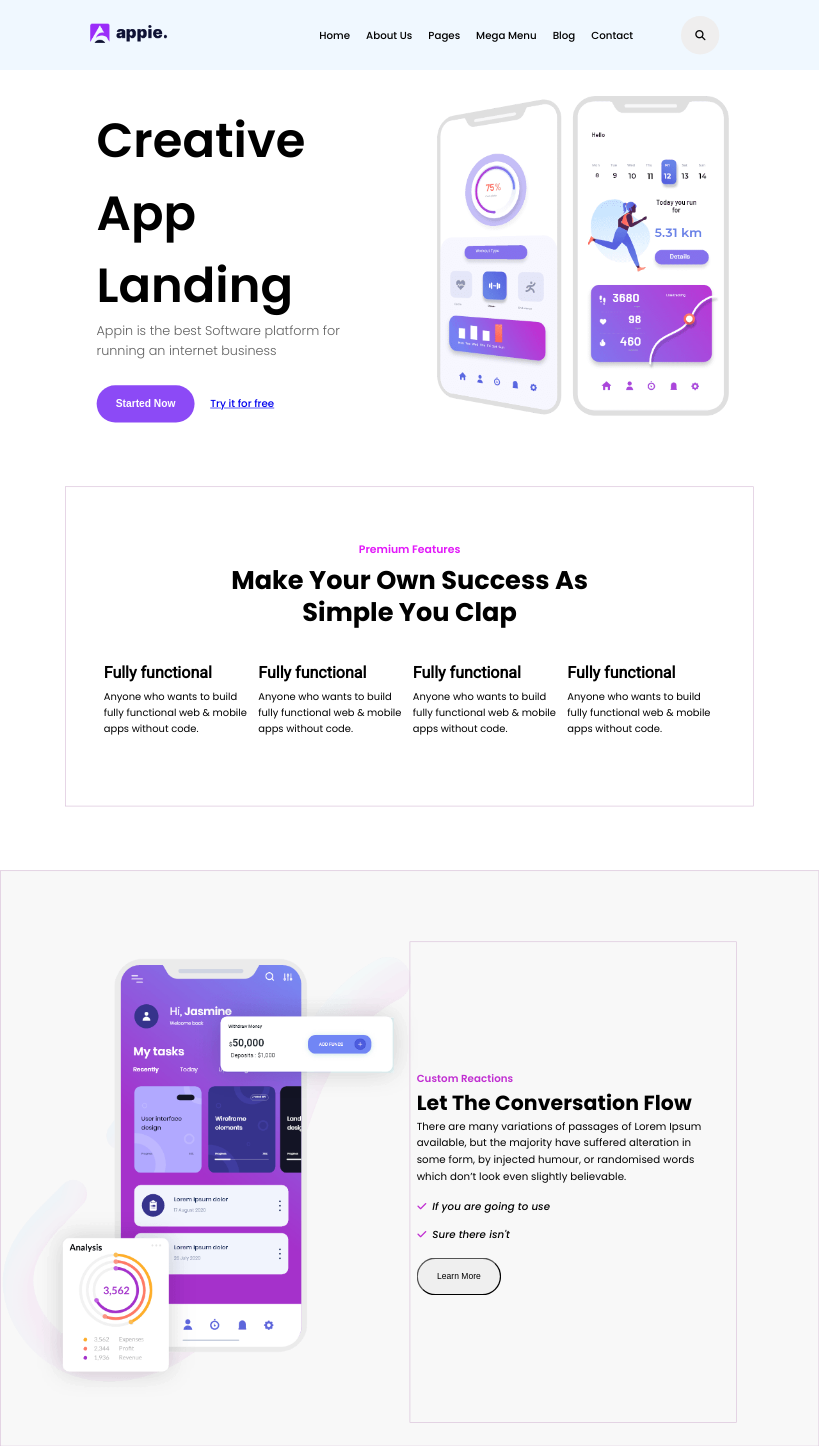
Repository: northpx/landingpage
Page: index.html
The author's editor kept a copy of each file at every save. The page is drawn from the files as they stood at one save, then again after a run of saves.
The browser window is 1280 px wide. The pictures show the whole page, at 64% of full size.

Above is the page before, as saved 2022-12-28 16:08:42.

### index.html
<!DOCTYPE html>
<html lang="en">

<head>
    <meta charset="UTF-8">
    <meta http-equiv="X-UA-Compatible" content="IE=edge">
    <meta name="viewport" content="width=device-width, initial-scale=1.0">
    <link rel="stylesheet" href="/src/css/style.css">
    <link rel="stylesheet" href="https://cdnjs.cloudflare.com/ajax/libs/font-awesome/6.2.1/css/all.min.css"
        integrity="sha512-MV7K8+y+gLIBoVD59lQIYicR65iaqukzvf/nwasF0nqhPay5w/9lJmVM2hMDcnK1OnMGCdVK+iQrJ7lzPJQd1w=="
        crossorigin="anonymous" referrerpolicy="no-referrer" />
    <title>Document</title>

</head>

<body>
    <div class="container">
        <div class="navbar">
            <div class="logo">
                <div class="logo-img">
                    <img src="image/purple-logo.png" alt="">
                </div>
            </div>
            <div class="menu">
                <div class="menu-list">
                    <ul class="menu-item">
                        <li class="item">Home</li>
                        <li class="item">About Us</li>
                        <li class="item">Pages</li>
                        <li class="item">Mega Menu</li>
                        <li class="item">Blog</li>
                        <li class="item">Contact</li>
                    </ul>
                </div>
                <i class="fa-solid fa-bars"></i>
                <div class="search">
                    <div class="box-search">
                        <i class="fa-solid fa-magnifying-glass"></i>
                    </div>
                </div>
            </div>

        </div>
        <div class="header">
            <div class="header1">
                <div class="content">
                    <div class="header1_content">
                        <h1>Creative <br>App Landing</h1>
                        <h6>Appin is the best Software platform for running an internet business</h6>
                    </div>
                    <button class="btn_start">
                        Started Now
                    </button>
                    <a href="#">Try it for free</a>
                </div>
            </div>
            <div class="header2">
                <div class="header2_image">
                    <img src="image/home1-app-screen.png" alt="">
                </div>
            </div>
        </div>
        <div class="section2">
            <div class="section2_box">
                <div class="section2_title">
                    <p>Premium Features</p>
                    <h2>Make Your Own Success As <br>Simple You Clap</h2>
                </div>
                <div class="section2_content">
                    <div class="section2_content_body">
                        <div class="content1">
                            <div class="content_title">
                                <h2>Fully functional</h2>
                                <p>Anyone who wants to build fully functional web & mobile apps without code.</p>
                            </div>
                        </div>
                        <div class="content1">
                            <div class="content_title">
                                <h2>Fully functional</h2>
                                <p>Anyone who wants to build fully functional web & mobile apps without code.</p>
                            </div>
                        </div>
                        <div class="content1">
                            <div class="content_title">
                                <h2>Fully functional</h2>
                                <p>Anyone who wants to build fully functional web & mobile apps without code.</p>
                            </div>
                        </div>
                        <div class="content1">
                            <div class="content_title">
                                <h2>Fully functional</h2>
                                <p>Anyone who wants to build fully functional web & mobile apps without code.</p>
                            </div>
                        </div>
                    </div>
                </div>
            </div>
        </div>
        <div class="section3_container">
            <div class="section3">
                <div class="section3_img">
                    <div class="image">
                        <img src="image/Screen-1-1.png" alt="">
                    </div>
                </div>
                <div class="section3_content">
                    <div class="content3">
                        <h2>Custom Reactions</h2>
                        <h2>Let The Conversation Flow</h2>
                        <p>
                            There are many variations of passages of Lorem Ipsum available, but the majority have
                            suffered alteration in some form, by injected humour, or randomised words which don’t look
                            even slightly believable.
                        </p>
                        <ul>
                            <li>
                                <i class="fa-solid fa-check"></i>
                                <span>If you are going to use</span>
                            </li>
                            <li>
                                <i class="fa-solid fa-check"></i>
                                <span>Sure there isn't</span>
                            </li>
                        </ul>
                        <div class="btn-section3">
                            <button>Learn More</button>
                        </div>
                    </div>
                </div>
            </div>
        </div>
    </div>

</html>

### src/css/style.css
@import url('https://fonts.googleapis.com/css2?family=Poppins:ital,wght@0,200;0,300;0,400;0,500;0,600;0,700;0,800;0,900;1,200;1,300;1,400;1,500;1,600;1,700;1,800;1,900&family=Roboto&display=swap');
@import url(https://fonts.googleapis.com/css?family=Open+Sans:300,400,700);
*{
    padding: 0;
    margin: 0;
    box-sizing: border-box;
}
body{
    font-family: 'Poppins';
}
.container{
    width: 100%;
    height: 1000px;
    /* overflow: auto; */
}

.navbar{
    display: flex;
    width: 100%;
    height: 110px;
    align-items: center;
    margin: 0 auto;
    padding: 0 11%;
    position: sticky;
    top: 0;
    z-index: 5;
    background-color: aliceblue;
}


.menu{
    display: flex;
    margin-left: auto;
    align-items: center;
}

.menu .menu-item{
    display: flex;
    list-style-type: none;
}

.item{
    margin-right: 25px;
    font-weight: 500;
}

.search{
    margin-left: 50px;
    margin-right: 5px;
    align-items: center;
}
.box-search{
    width: 60px;
    height: 60px;
    background: #efeeee;
    color: rgb(4, 4, 4);
    display: inline-flex;
    align-items: center;
    justify-content: center;
    border-radius: 50%;
    margin-right: 10px;
}

.fa-solid.fa-bars{
    display: none;
}

.header{
    width: 78%;
    height: 550px;
    margin: 0 auto;
}

.header1{
    float: left;
    width: 50%;
    height: 550px;
    position: relative;
}
.header2{
    float: left;
    width: 50%;
    height: 550px;
    position: relative;
}
.header::after{
    content: "";
    display: table;
    clear: both;
}

.content{
    position: absolute;
    width: 90%;
    bottom: 0;
    left: 0;
    padding-left: 10px;
}
.header2_image{
    position: absolute;
    right: 0;
    bottom: 0;
}

.btn_start{
    border-radius: 30px;
    padding: 20px 30px;
    font-size: 16px;
    font-weight: 600;
    color: white;
    margin-right: 20px;
    border: none;
    outline: none;
    background-color: rgb(140, 74, 246);
}

a{
    font-size: 16px;
    font-weight: 500;
}

.header1_content{
    margin-bottom: 40px;
}
h1{
    font-size: 75px;
    font-weight: 600;
}

h6{
    font-weight: 300;
    font-size: 20px;
    color: rgb(97, 97, 97);
}

.section2{
    width: 84%;
    height: 500px;
    display: flex;
    flex-direction: column;
    border: 1px solid thistle;
    margin: 100px auto;
    /* margin-top: 100px; */
    align-items: center;
    justify-content: center;
}
.section2_title{
    text-align: center;
}
.section2_title h2{
    font-size: 40px;
    line-height: 50px;
}
.section2_title p{
    font-size: 17px;
    font-weight: 600;
    color: rgb(226, 24, 249);
    margin-bottom: 10px;
}
.section2_box{
    display: flex;
    flex-direction: column;
    margin-bottom: 20px;
    align-items: center;
    justify-content: center;
}

.section2_content{
    width: 100%;
    margin-top: 50px;
}
.section2_content_body{
    width: 90%;
    display: flex;
    margin: 0 auto;
}
.content1{
    width: 25%;
    padding: 5px;
}

.content_title h2{
    font-family: 'Roboto';
    font-weight: bold;
    font-size: 25px;
    margin-bottom: 10px;
}
.content_title p {
    line-height: 25px;
    font-size: 15.5px;
}

.section3_container{
    width: 100%;
    height: 900px;
    border: 1px solid thistle;
    background-color: rgb(248, 248, 248);
    padding: 110px 0px 70px;
}

.section3{
    width: 80%;
    display: flex;
    margin: 0 auto;
}

.section3_img{
    width: 50%;
    align-items: center;
    display: flex;
    flex-wrap: wrap;
    justify-content: center;
    line-height: 30px;
    padding: 10px;
}
.image{
    margin-left: -100px;
}
.section3_img img{
    display: inline-block;
    text-align: left;
}

.section3_content{
    display: flex;
    flex-wrap: wrap;
    align-items: center;
    justify-content: center;
    width: 50%;
    border: 1px solid thistle;
    padding: 10px;
}
.content3{
    width: 100%;
    letter-spacing: 0.1px;
}

.content3 ul{
    list-style-type: none;
    line-height: 30px;
    margin: 20px 0px;
}
.content3 li:nth-child(1){
    padding-bottom: 7px;
}
.content3 li:nth-child(2){
    margin-top: 7px;
}
.content3 span{
    font-style: italic;
    font-weight: 500;
}
.fa-solid.fa-check{
    width: 20px;
    height: 16px;
    color: #c02ed1;
    font-weight: 900;
}

.btn-section3 button{
    padding: 20px 30px;
    border-radius: 40px;
}
.content3 h2:nth-child(1){
    font-size: 16px;
    font-weight: 600;
    color: #c02ed1;
    line-height: 28px;
}
.content3 h2:nth-child(2){
    line-height: 48px;
    font-size: 32px;
    font-weight: 700;
    text-align: left;
    text-transform: capitalize;
}
.content3 p{
    line-height: 26px;
    padding-right: 40px;
}

After the next 3 saves:
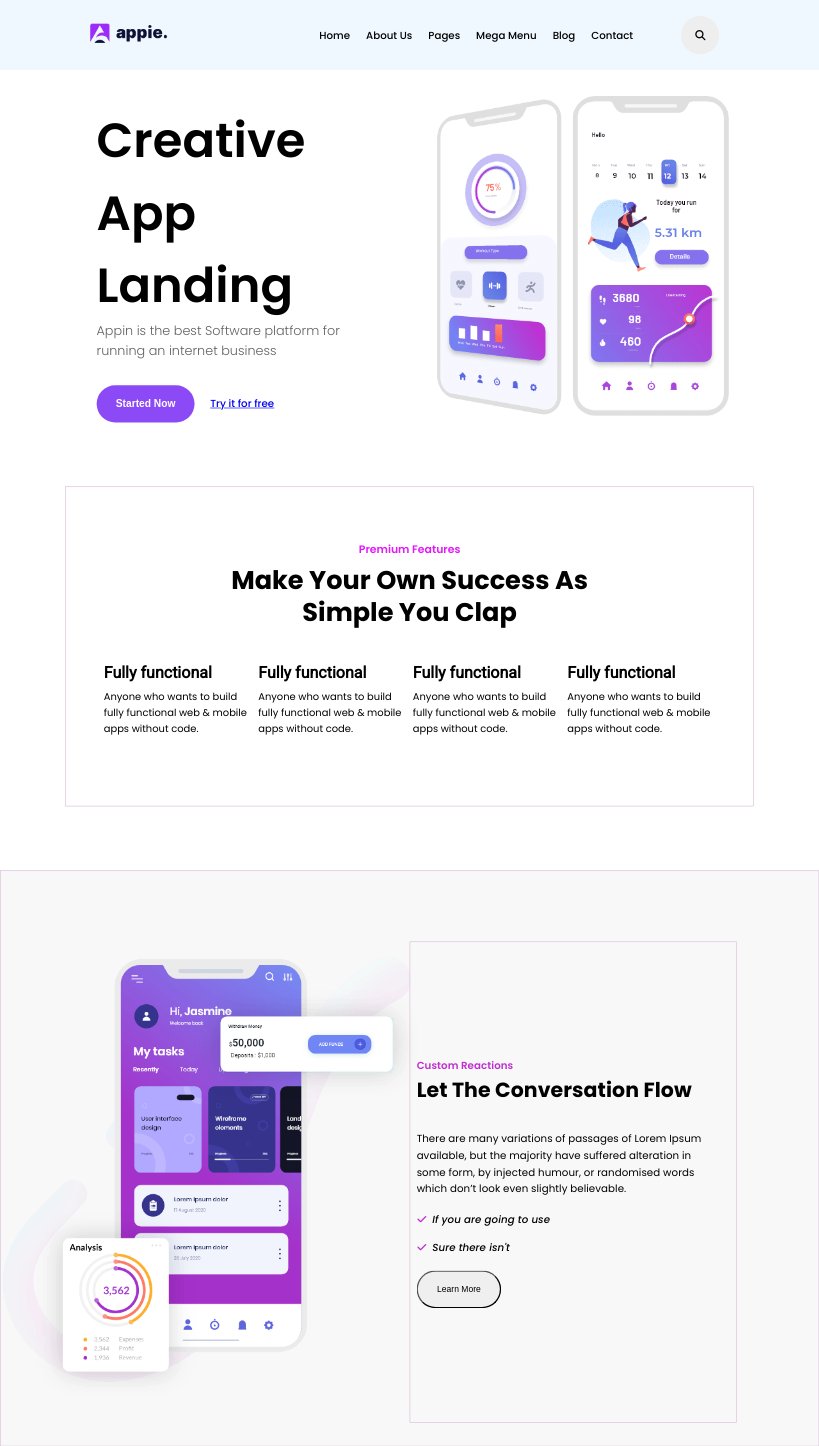
The 3 saves are shown as one change because they came seconds apart.
The last was saved 22 s later.
--- a/src/css/style.css
+++ b/src/css/style.css
@@ -277,4 +277,5 @@ h6{
 .content3 p{
     line-height: 26px;
     padding-right: 40px;
-}
+    margin-top: 40px;
+}
